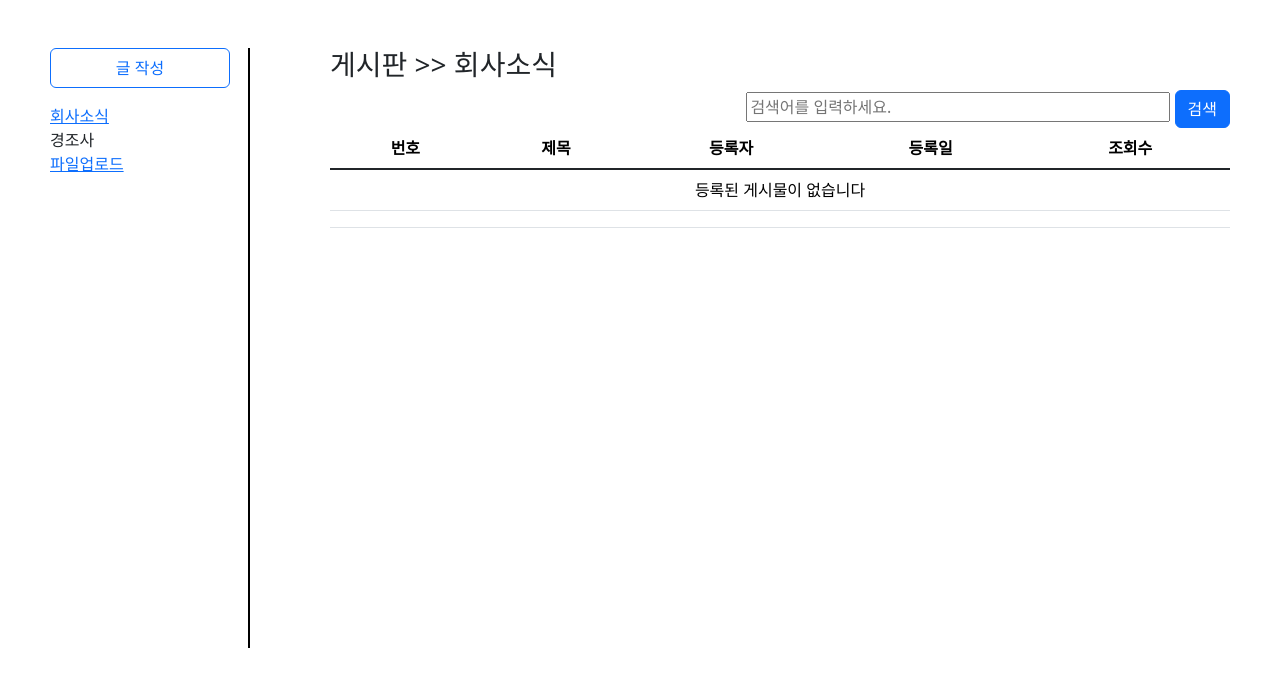
Repository: KimDongGyuu/final
Page: http://localhost/aceworks/WEB-INF/views/company_news/company_news_List.jsp
An editor plug-in stored every save of this project. The page is shown before and after the next save, followed by the edit.
The browser window is 1280 px wide. The pictures show the whole page.
The page is served by Tomcat 9. Nobody is signed in. Other server files are loaded and not shown. The template is opened directly, without the code that normally fills it, so the values that code supplies are empty.

Above is the page before, as saved 2024-03-17 04:00:15.

### aceworks/src/main/webapp/WEB-INF/views/company_news/company_news_List.jsp
<%@ page language="java" contentType="text/html; charset=UTF-8"
	pageEncoding="UTF-8"%>
<%@ include file="/WEB-INF/views/include/style.jsp"%>
<%@ taglib uri="http://java.sun.com/jsp/jstl/core" prefix="c"%>
<!DOCTYPE html>
<html>
<head>
<meta charset="UTF-8">
<title>Insert title here</title>
<style>
#left {
	width: 200px;
	height: 600px;
	float: left;
	border-right: 2px solid black;
	margin-left: 50px;
}

#right {
	width: 900px;
	height: 600px;
	margin-left: 330px;
}

#bt {
	width: 180px;
	height: 40px;
}


h3 {
	text-align: center;
}
</style>
</head>
<body>


	<div>
		<div id="left">
			<button id="bt" type="button" class="btn btn-outline-primary"
				onclick="location.href='company_news_Writeform.do';">글 작성</button>
<div class="mt-3"><a href="company_news_List.do">회사소식</a> <br> 경조사 <br><a href="fileUploadForm.do">파일업로드</a></div>
		</div>
		<div id="right">
		<div class="mt-5 mb-2"><span class="h3">게시판 &gt;&gt; 회사소식</span></div>
<div class="mt-2 d-flex gap-2 justify-content-end">
    <form action="company_newsSearch.do">
        <input type="text" id="searchKeyword" name="keyword" placeholder="검색어를 입력하세요." size="40" style="height: 30px;">
        <button id="Sbt" type="submit" class="btn btn btn-primary">검색</button>
    </form>
</div>
			<table width="1000" cellspacing="0" class="table table-hover">
				<thead>
					<tr align="center">
						<th scope="col">번호</th>
						<th scope="col">제목</th>
						<th scope="col">등록자</th>
						<th scope="col">등록일</th>
						<th scope="col">조회수</th>
					</tr>
				</thead>

				<tbody class="table-group-divider">
					<c:if test="${empty lists }">
						<tr>
							<td colspan="5" align="center">등록된 게시물이 없습니다</td>
						</tr>
					</c:if>

					<c:forEach var="dto" items="${lists }">
						<tr class="text-center">
							<th scope="row">${dto.news_idx }</th>
							<c:url var="company_newsContentUrl"
								value="company_news_Content.do">
								<c:param name="news_idx">${dto.news_idx }</c:param>
							</c:url>
							<td><a href="${company_newsContentUrl }">${dto.news_title }</a></td>
							<td>${dto.news_writer }</td>
							<td>${dto.news_writedate }</td>
							<td>${dto.news_readnum }</td>
						</tr>
					</c:forEach>
				</tbody>

				<tfoot>
					<tr>
						<td colspan="5" align="center">${pageStr }</td>
					</tr>
				</tfoot>
			</table>
		</div>
	</div>
</body>
</html>

### aceworks/src/main/webapp/WEB-INF/views/include/style.jsp
<%@ page language="java" contentType="text/html; charset=UTF-8"
    pageEncoding="UTF-8"%>
<!DOCTYPE html>
<html>
<head>
<meta charset="UTF-8">
<title>Insert title here</title>
<link
   href="https://cdn.jsdelivr.net/npm/bootstrap@5.3.3/dist/css/bootstrap.min.css"
   rel="stylesheet"
   integrity="sha384-QWTKZyjpPEjISv5WaRU9OFeRpok6YctnYmDr5pNlyT2bRjXh0JMhjY6hW+ALEwIH"
   crossorigin="anonymous">
<script
   src="https://cdn.jsdelivr.net/npm/bootstrap@5.3.3/dist/js/bootstrap.bundle.min.js"
   integrity="sha384-YvpcrYf0tY3lHB60NNkmXc5s9fDVZLESaAA55NDzOxhy9GkcIdslK1eN7N6jIeHz"
   crossorigin="anonymous"></script>
<script
   src="https://cdn.jsdelivr.net/npm/@popperjs/core@2.11.8/dist/umd/popper.min.js"
   integrity="sha384-I7E8VVD/ismYTF4hNIPjVp/Zjvgyol6VFvRkX/vR+Vc4jQkC+hVqc2pM8ODewa9r"
   crossorigin="anonymous"></script>
<script
   src="https://cdn.jsdelivr.net/npm/bootstrap@5.3.3/dist/js/bootstrap.min.js"
   integrity="sha384-0pUGZvbkm6XF6gxjEnlmuGrJXVbNuzT9qBBavbLwCsOGabYfZo0T0to5eqruptLy"
   crossorigin="anonymous"></script>
</head>
<body>

</body>
</html>

After the next save:
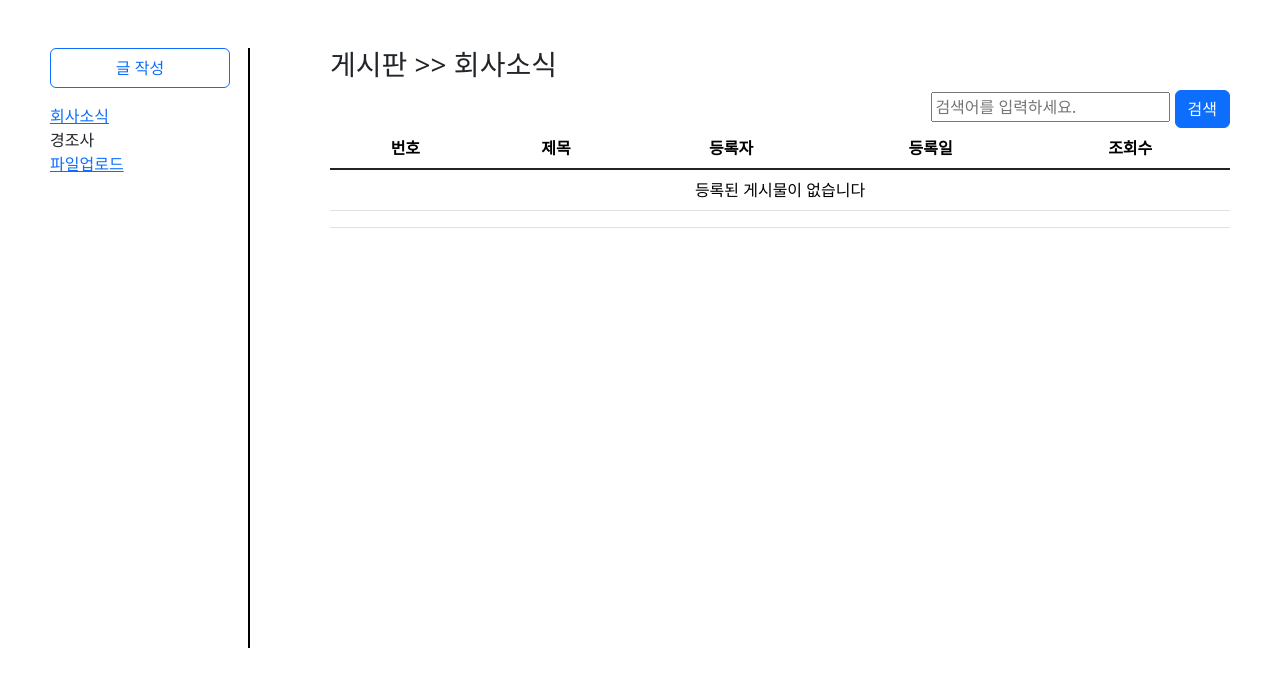
Saved 80 s later.
--- a/aceworks/src/main/webapp/WEB-INF/views/company_news/company_news_List.jsp
+++ b/aceworks/src/main/webapp/WEB-INF/views/company_news/company_news_List.jsp
@@ -46,7 +46,7 @@ h3 {
 		<div class="mt-5 mb-2"><span class="h3">게시판 &gt;&gt; 회사소식</span></div>
 <div class="mt-2 d-flex gap-2 justify-content-end">
     <form action="company_newsSearch.do">
-        <input type="text" id="searchKeyword" name="keyword" placeholder="검색어를 입력하세요." size="40" style="height: 30px;">
+        <input type="text" id="searchKeyword" name="keyword" placeholder="검색어를 입력하세요." style="width:40% height: 30px;">
         <button id="Sbt" type="submit" class="btn btn btn-primary">검색</button>
     </form>
 </div>
